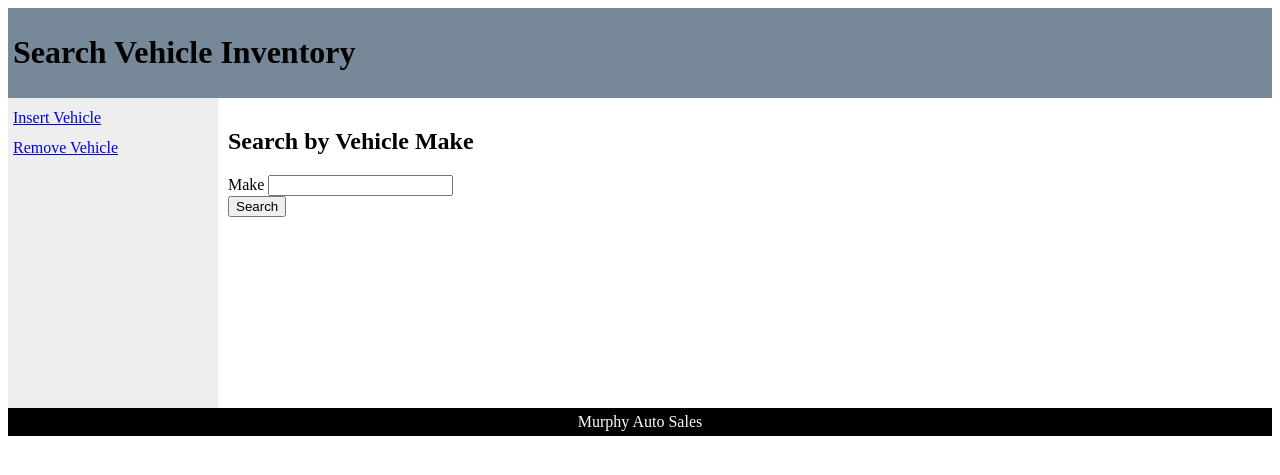
Repository: CamdenMurphy/workspace4830-intro-to-software-engineering
Page: techExercise/techExercise-Murphy/src/main/webapp/search_murphy.html
These files come from the project's save history. The page is drawn as it stood at one moment and after the next save; the edit follows.
The browser window is 1280 px wide. The pictures show the whole page.

Above is the page before, as saved 2023-10-12 06:04:36.

After the next save:
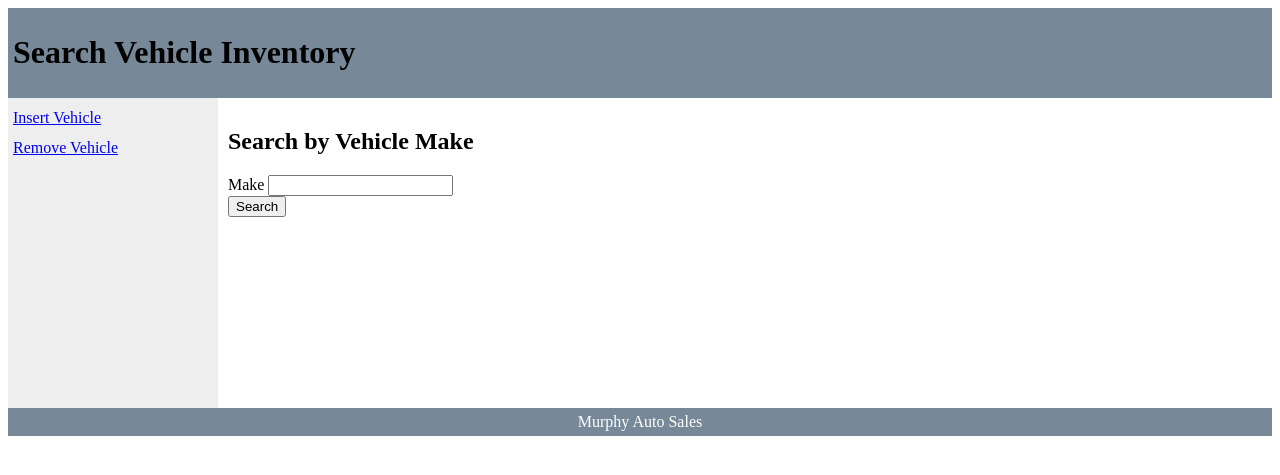
Saved 22 s later.
--- a/techExercise/techExercise-Murphy/src/main/webapp/search_murphy.html
+++ b/techExercise/techExercise-Murphy/src/main/webapp/search_murphy.html
@@ -19,7 +19,7 @@ section {
     padding:10px;
 }
 footer {
-    background-color:black;
+    background-color:lightslategray;
     color:white;
     clear:both;
     text-align:center;
